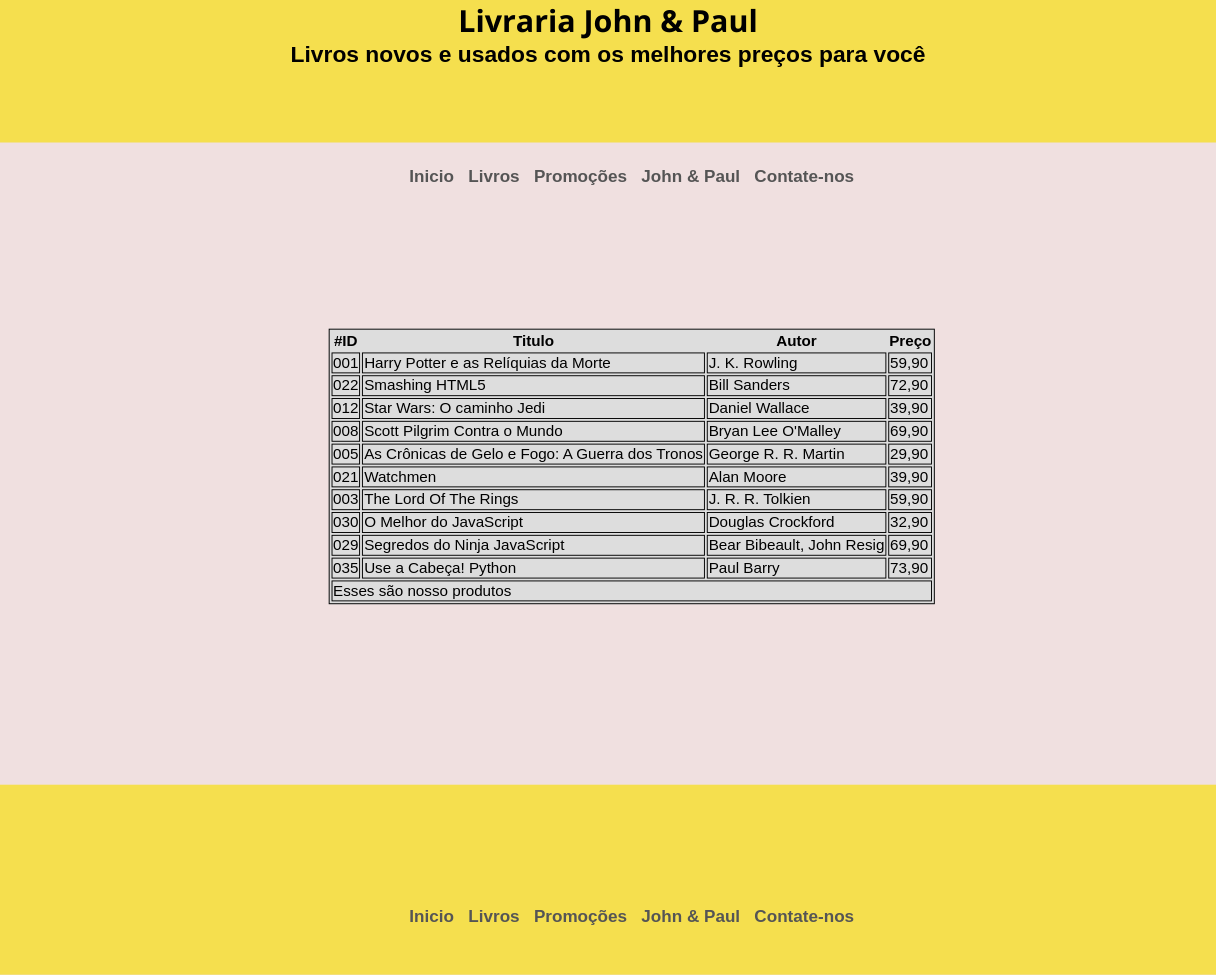
Repository: MarcoantonioCaldeira/Site-livraria-John-e-Paul
Page: produtos.html
The author's editor kept a copy of each file at every save. The page is drawn from the files as they stood at one save, then again after the next save.
The browser window is 1280 px wide. The pictures show the whole page, at 95% of full size.

Above is the page before, as saved 2022-09-25 09:14:32.

### produtos.html
<!doctype html>
<html dir="ltr" lang="pt-BR">
<head>
   <meta charset="utf-8">
   <title>Meu Primeiro Projeto</title>
   <link rel="stylesheet" href="css/estilo.css">
</head>
<body>
<header id="topo">
   <h1 class="center"> Livraria John & Paul</h1>
   <h2 class="center">Livros novos e usados com os melhores preços para você</h2>
</header>
<nav id="menu">
   <ul>
      <li><a href="index.html">Inicio</a></li>
      <li><a href="produtos.html">Livros</a></li>
      <li><a href="#">Promoções</a></li>
      <li><a href="sobre.html">John & Paul</a></li>
      <li><a href="contato.html">Contate-nos</a></li>
   </ul>
</nav>
<section class="produtos">
   <table>
      <thead>
         <tr>
            <th>#ID</th>
            <th>Titulo</th>
            <th>Autor</th>
            <th>Preço</th>
         </tr>
      </thead>
      <tbody>
         <tr>
            <td>001</td>
            <td>Harry Potter e as Relíquias da Morte</td>
            <td>J. K. Rowling</td>
            <td>59,90</td>
         </tr>
         <tr>
            <td>022</td>
            <td>Smashing HTML5</td>
            <td>Bill Sanders</td>
            <td>72,90</td>
         </tr>
         <tr>
            <td>012</td>
            <td>Star Wars: O caminho Jedi</td>
            <td>Daniel Wallace</td>
            <td>39,90</td>
         </tr>
         <tr>
            <td>008</td>
            <td>Scott Pilgrim Contra o Mundo</td>
            <td>Bryan Lee O'Malley</td>
            <td>69,90</td>
         </tr>
         <tr>
            <td>005</td>
            <td>As Crônicas de Gelo e Fogo: A Guerra dos Tronos</td>
            <td>George R. R. Martin</td>
            <td>29,90</td>
         </tr>
         <tr>
            <td>021</td>
            <td>Watchmen</td>
            <td>Alan Moore</td>
            <td>39,90</td>
         </tr>
         <tr>
            <td>003</td>
            <td>The Lord Of The Rings</td>
            <td>J. R. R. Tolkien</td>
            <td>59,90</td>
         </tr>
         <tr>
            <td>030</td>
            <td>O Melhor do JavaScript</td>
            <td>Douglas Crockford</td>
            <td>32,90</td>
         </tr>
         <tr>
            <td>029</td>
            <td>Segredos do Ninja JavaScript</td>
            <td>Bear Bibeault, John Resig</td>
            <td>69,90</td>
         </tr>
         <tr>
            <td>035</td>
            <td>Use a Cabeça! Python</td>
            <td>Paul Barry</td>
            <td>73,90</td>
         </tr>
      </tbody>
      <tfoot>
         <tr>
            <td colspan="4">Esses são nosso produtos</td>
         </tr>
      </tfoot>
   </table>
</section>
<footer id="rodape">
   <ul class="ul-produtos">
      <li><a href="index.html">Inicio</a></li>
      <li><a href="produtos.html">Livros</a></li>
      <li><a href="#">Promoções</a></li>
      <li><a href="sobre.html">John & Paul</a></li>
      <li><a href="contato.html">Contate-nos</a></li>
   </ul>
</footer>
</body>
</html>

### css/estilo.css
/* Import font from google */
@import url(http://fonts.googleapis.com/css?family=Open+Sans:400,300,700);

*{
   margin: 0;
}


body{
   background-color:  rgb(240, 224, 224);
   font-family: sans-serif;
   margin: 0;
   padding: 0;
}
h1,h3,h4,h5,h6{
   font-family: 'Open Sans', sans-serif;
}

.h2_destaque{
   margin-left: 45%;
   margin-top: 5%;
   color:#555;
   font-family: 'Open Sans', sans-serif;
}

#topo{
   background-color: #f5df4e;
   width: 100%;
   height:150px;
   margin:0 auto;
}

.destaques{
   background-color: rgb(240, 224, 224);
   width: 100%;
   height:1300px;
}


#menu{
   width:50%;
   text-align: center;
   margin-top: 2%;
   margin-left: 25%;
   height:50px;
}

a{
   font-weight:600;
   text-decoration: none;
   margin-left: 10px;
   font-family: arial;
   color:#555;
}

#menu li{
   display:inline;
}
.destaques li{
   width: 50%;
   float: left;
   text-align: center;
   list-style: none;
   padding: 20px 0;
}

ul{
   font-size: 18px;
}


.ul_rodape{
   margin-top: 10%;
}

.destaques li strong{
   width: 100%;
   display: block;
}
.center{
   text-align: center;
}
tr, td{
   border: 1px solid #000;
}

form fieldset{
   border: none;
}
form legend{
   text-transform: uppercase;
   font-size: 1.2em;
   padding: 0;
   width: 100%;
   border-bottom: 1px solid #555;
}
form label, form input:not([type=checkbox]), form select, form textarea{
   width: 100%;
}
form div{
   width: 48%;
   margin: 0 1%;
   height: 180px;
   float: left;
}
button{
   padding: 10px 20px;
   background-color: blue;
   color: #fff;
   border: none;
   -webkit-border-radius: 5px;
   -moz-border-radius: 5px;
   border-radius: 5px;
}
#rodape{
   width: 100%;
   height: 200px;
   background-color:  #f5df4e;
   color: #ccc;
   float: left;
   text-align: center;
}

p{
   color: #555;
   line-height: 34px;
   margin-left: 4%;
}

li {
   display: inline;
}


/*Produtos*/

.produtos{

   height:600px;
}


table{
   position: relative;
   margin-left: 27%;
   top: 20%;
   background-color: #ddd;
   border: 1px solid #000;
}
.ul-produtos{
   margin-top: 10%;
}













@media  screen and (max-width: 750px){


   #main-menu {
      display: none;
    }
    #hamburger-menu {
      display: inline;
    }

   h2.center, h1.center{
      font-size: 19px;
      color: blue;
   }

   h2.h2_destaque{
      margin-left: 40%;
   }

   ul#ul_rodape{
      color: red;
   }

   p{
      color: black;
      margin-top: 20%;
      margin-left: 4%;
   }

}

After the next save:
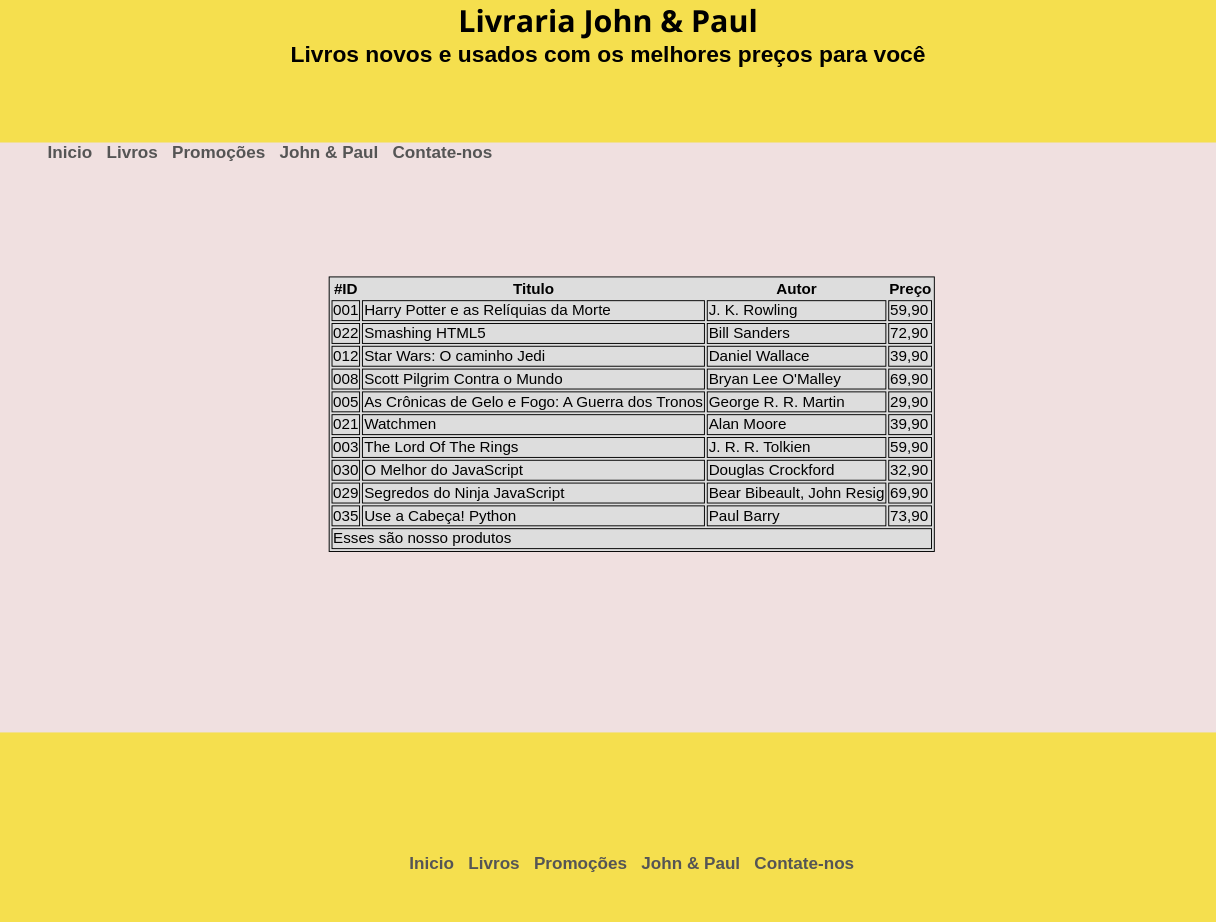
Saved 84 s later.
--- a/produtos.html
+++ b/produtos.html
@@ -10,7 +10,7 @@
    <h1 class="center"> Livraria John & Paul</h1>
    <h2 class="center">Livros novos e usados com os melhores preços para você</h2>
 </header>
-<nav id="menu">
+<nav id="menu-produtos">
    <ul>
       <li><a href="index.html">Inicio</a></li>
       <li><a href="produtos.html">Livros</a></li>

After the save that followed:
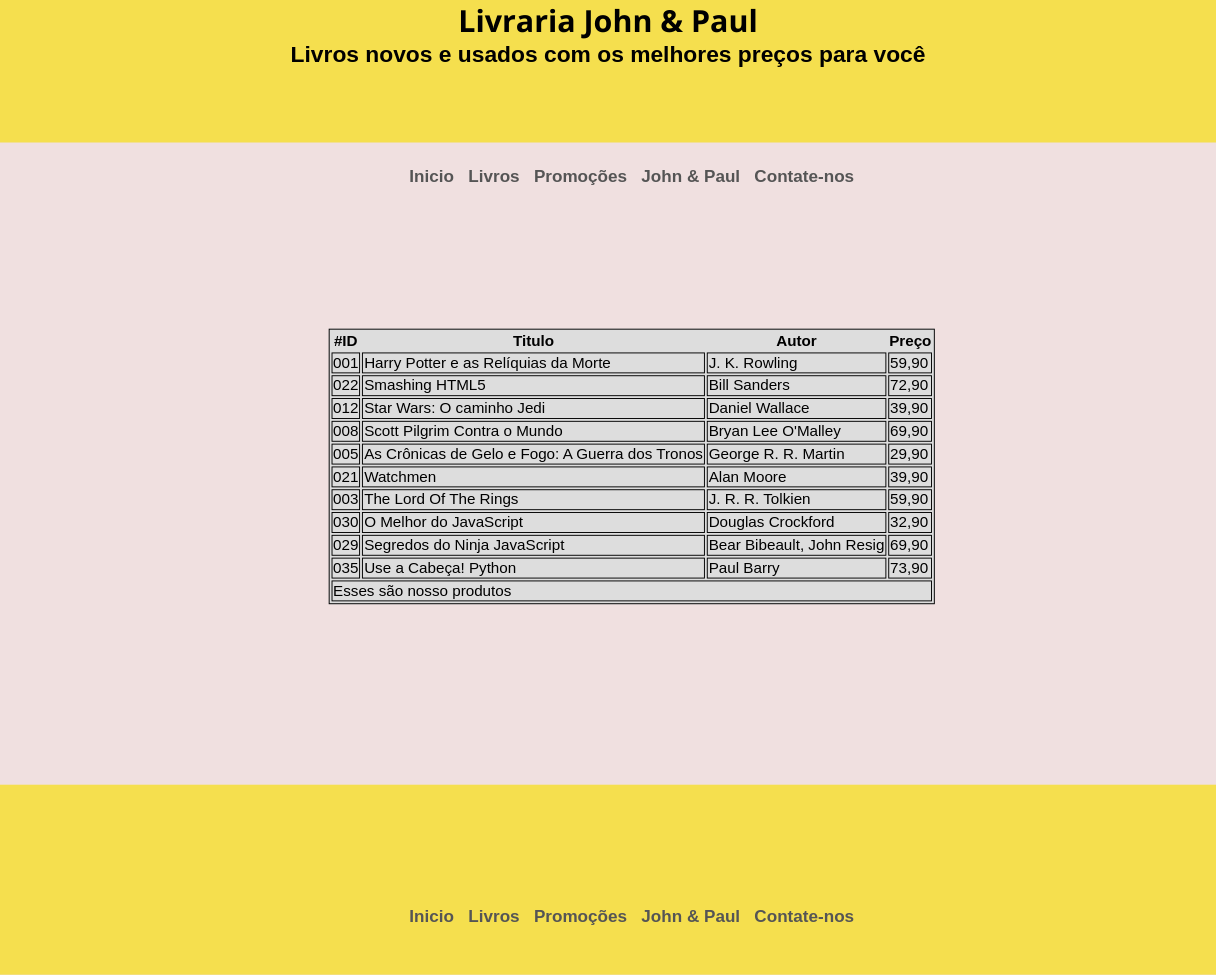
Saved 17 s later.
--- a/produtos.html
+++ b/produtos.html
@@ -10,7 +10,7 @@
    <h1 class="center"> Livraria John & Paul</h1>
    <h2 class="center">Livros novos e usados com os melhores preços para você</h2>
 </header>
-<nav id="menu-produtos">
+<nav id="menu">
    <ul>
       <li><a href="index.html">Inicio</a></li>
       <li><a href="produtos.html">Livros</a></li>
